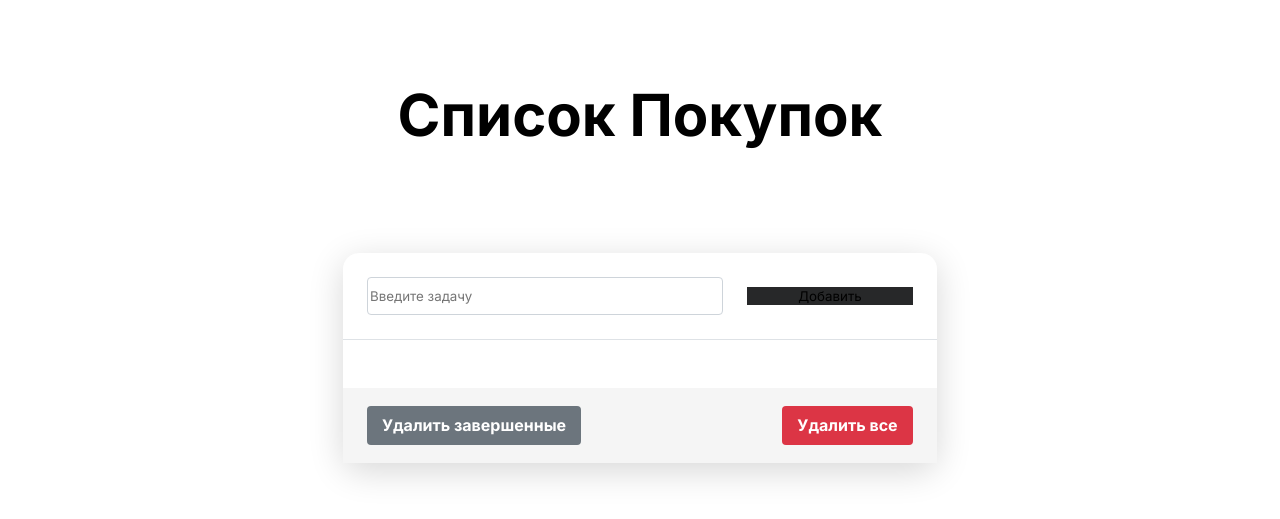
Repository: Tchistyakov/todolist
Page: /
The author's editor kept a copy of each file at every save. The page is drawn from the files as they stood at one save, then again after a run of saves.
The browser window is 1280 px wide. The pictures show the whole page.
The project was rebuilt for these pictures with package versions that can differ from the ones it lists, and the page was loaded fresh each time.

Above is the page before, as saved 2021-12-22 00:13:38.

### src/App.js
import Body from './Body/Body';
import './App.css';

function App() {
  return (
    <>
      <Body />
    </>
  );
}

export default App;

### src/Body/Body.js
import Main from '../Main/Main'
import body from './body.module.css'

function Body() {
    return (
        <>
            <h1>Список Покупок</h1>
            <div className={body.window}>
                <Main />
            </div>
        </>
    );
}

export default Body;

### src/App.css
@import url("https://fonts.googleapis.com/css2?family=Inter:wght@300;400;700&family=Mulish&display=swap");

body html * {
  margin: 0;
  padding: 0;
  text-decoration: none;
  background: #f5f5f5;
}

label {
  font-weight: normal;
  font-size: 16px;
  line-height: 21px;
  color: #54595e;
}

* {
  font-family: "Inter";
  border: none;
}

h1 {
  text-align: center;
  position: relative;
  top: 80px;
  margin: 0;
  font-weight: bold;
  font-size: 58px;
  line-height: 70px;
  color: #000000;
}

span {
  color: red;
}

.task {
  max-width: 500px;
}

.div-flex {
  display: flex;
  justify-content: space-between;
}

.header {
  padding: 24px;
  border-bottom: 1px solid #dee2e6;
}

.main {
  overflow-wrap: break-word;
  padding: 24px;
}

.footer {
  padding: 18px 24px;
  background-color: #f5f5f5;
}

.inpt {
  background: #ffffff;
  border: 1px solid #ced4da;
  width: 356px;
  height: 38px;
  box-sizing: border-box;
  border-radius: 4px;
  margin-right: 24px;
}

.btn {
  height: 39px;
  border-radius: 4px;
  font-weight: 600;
  font-size: 16px;
  line-height: 19px;
  text-align: center;
  color: #ffffff;
}

.add {
  width: 166px;
  background: #272829;
}

.del-check {
  width: 214px;
  height: 39px;
  background: #6c757d;
  border-radius: 4px;
  font-weight: 600;
  font-size: 16px;
  line-height: 19px;
  text-align: center;
  color: #ffffff;
}

.del-all {
  width: 131px;
  height: 39px;
  background: #dc3545;
  border-radius: 4px;
  font-weight: 600;
  font-size: 16px;
  line-height: 19px;
  text-align: center;
  color: #ffffff;
}

.li {
  display: flex;
  justify-content: space-between;
  margin: 24px 0;
}

input:checked + label {
  text-decoration: line-through;
}

.list {
  margin: 0;
  padding: 0;
}

.x:hover {
  cursor: pointer;
}

.inputvisiblenone {
  display: none;
}

.inputvisible {
  display: block;
}

### src/Main/Main.js
import React, { useState } from "react";
import Header from "../Header/Header";

let counter = 0;

function Main() {
  let [todoText, setTodoText] = useState("");
  let [items, setItems] = useState([]);

  function handleSubmit(event) {
    event.preventDefault();
    const todo = {
      checked: false,
      text: todoText,
      id: counter++,
      editState: false,
    };

    setTodoText("");
    setItems([...items, todo]);
  }

  function handleItemCheck(id) {
    const changed = items.map((item) => ({
      ...item,
      checked: item.id === id ? !item.checked : item.checked,
    }));
    setItems(changed);
  }

  function handleItemRemove(id) {
    const filtered = items.filter((item) => item.id !== id);
    setItems(filtered);
  }

  function removeDone() {
    const filtered = items.filter((item) => !item.checked);
    setItems(filtered);
  }

  function removeAll() {
    setItems([]);
  }

  function handleItemRename(id) {
    const changed = items.map((item) => ({
      ...item,
      editState: item.id === id ? !item.editState : item.editState,
    }));
    setItems(changed);
  }

  function handleTextRename(text, id) {
    const changed = items.map((item) => ({
      ...item,
      text: item.id === id ? text : item.text,
    }));
    setItems(changed);
  }

  return (
    <>
      <Header
        setTodoText={setTodoText}
        handleSubmit={handleSubmit}
        todoText={todoText}
      />
      <main className="main">
        <ul type="none" id="todo" className="list">
          {items.map((item) => {
            return (
              <div className="div-flex todo" key={item.id}>
                <input
                  type="checkbox"
                  onClick={() => handleItemCheck(item.id)}
                />
                <label
                  className={
                    item.editState ? "inputvisiblenone" : "inputvisible"
                  }
                >
                  {item.text}
                </label>
                <input
                  type="text"
                  className={
                    item.editState
                      ? "inputvisible inpt"
                      : "inputvisiblenone inpt"
                  }
                  placeholder={item.text}
                  defaultValue={item.text}
                  onChange={(e) => handleTextRename(e.target.value, item.id)}
                />
                <span className="x" onClick={() => handleItemRename(item.id)}>
                  ✏️
                </span>
                <span className="x" onClick={() => handleItemRemove(item.id)}>
                  🗑
                </span>
              </div>
            );
          })}
        </ul>
      </main>
      <footer className="div-flex footer">
        <div>
          <button className="del-check" onClick={removeDone}>
            Удалить завершенные
          </button>
        </div>
        <div>
          <button className="del-all" onClick={removeAll}>
            Удалить все
          </button>
        </div>
      </footer>
    </>
  );
}

export default Main;

### src/Body/body.module.css
.window {
    position: relative;
    top: 183px;
    margin: 0 auto;
    width: 594px;
    min-height: 100px;
    background: #ffffff;
    box-shadow: 0px 8px 35px rgba(0, 0, 0, 0.16);
    border-radius: 16px;
  }

### src/Header/Header.js
import Button from '../Component/Button'

function Header( {handleSubmit, setTodoText, todoText} ) {
    return (
            <header className="div-flex header">
                <form onSubmit={handleSubmit}>
                    <input type="text" className="inpt"
                        placeholder="Введите задачу" value={todoText}
                        onChange={(e) => setTodoText(e.target.value)}
                    />
                    <Button type="add">Добавить</Button>
                    {/* <button className="add">Добавить</button> */}
                </form>
            </header>
            )
}

export default Header

### src/Component/Button.js
function Button({type, children}) {
    return (
        <button className={type}>
            {children}
        </button>
    )
}

export default Button

Loaded but not shown: public/index.html (common file); src/index.js (common file); src/index.css (common file); src/reportWebVitals.js (common file)

After the next 3 saves:
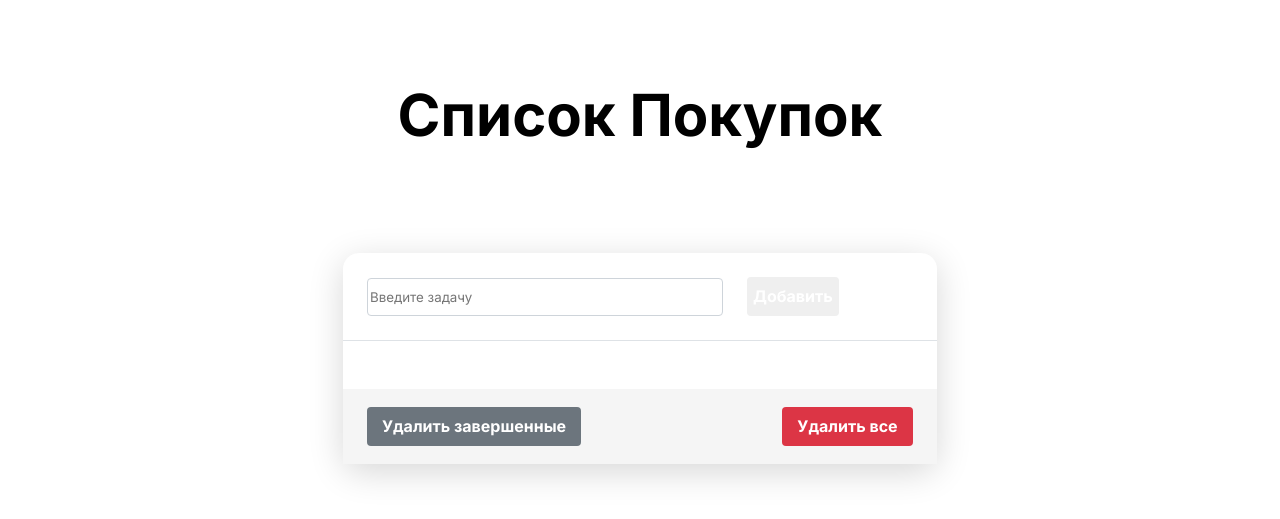
The 3 saves are shown as one change because 2 did not build or start.
The last was saved 46 s later.
--- a/src/Component/Button.js
+++ b/src/Component/Button.js
@@ -1,6 +1,6 @@
 function Button({type, children}) {
     return (
-        <button className={type}>
+        <button className='btn {type}'>
             {children}
         </button>
     )

After the 5 saves that followed:
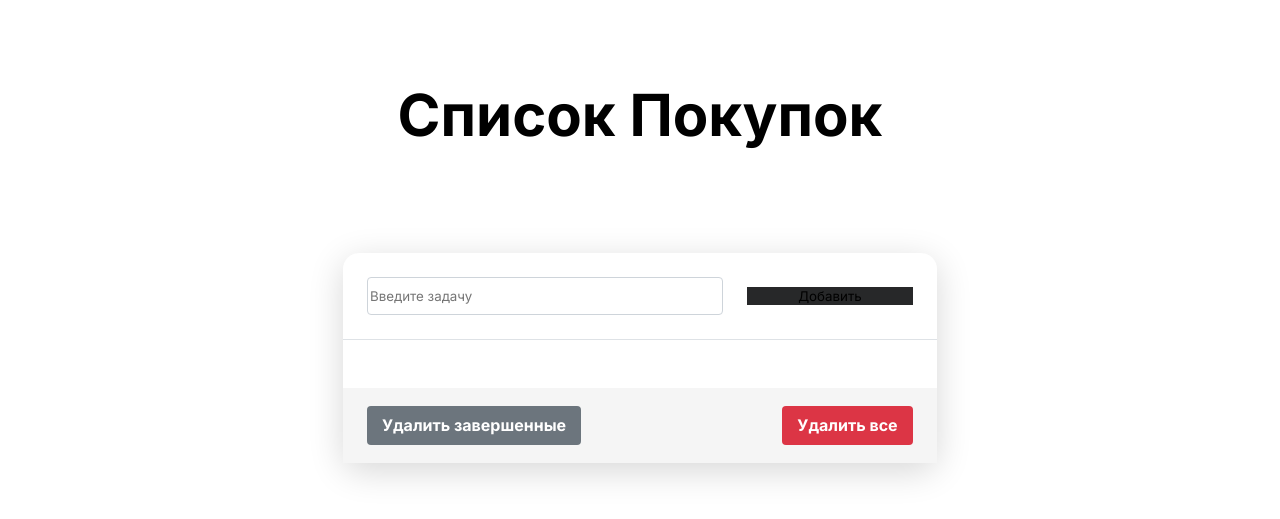
The 5 saves are shown as one change because 4 did not build or start.
The last was saved 73 s later.
--- a/src/Component/Button.js
+++ b/src/Component/Button.js
@@ -1,6 +1,6 @@
 function Button({type, children}) {
     return (
-        <button className='btn {type}'>
+        <button className={'btn', type}>
             {children}
         </button>
     )
